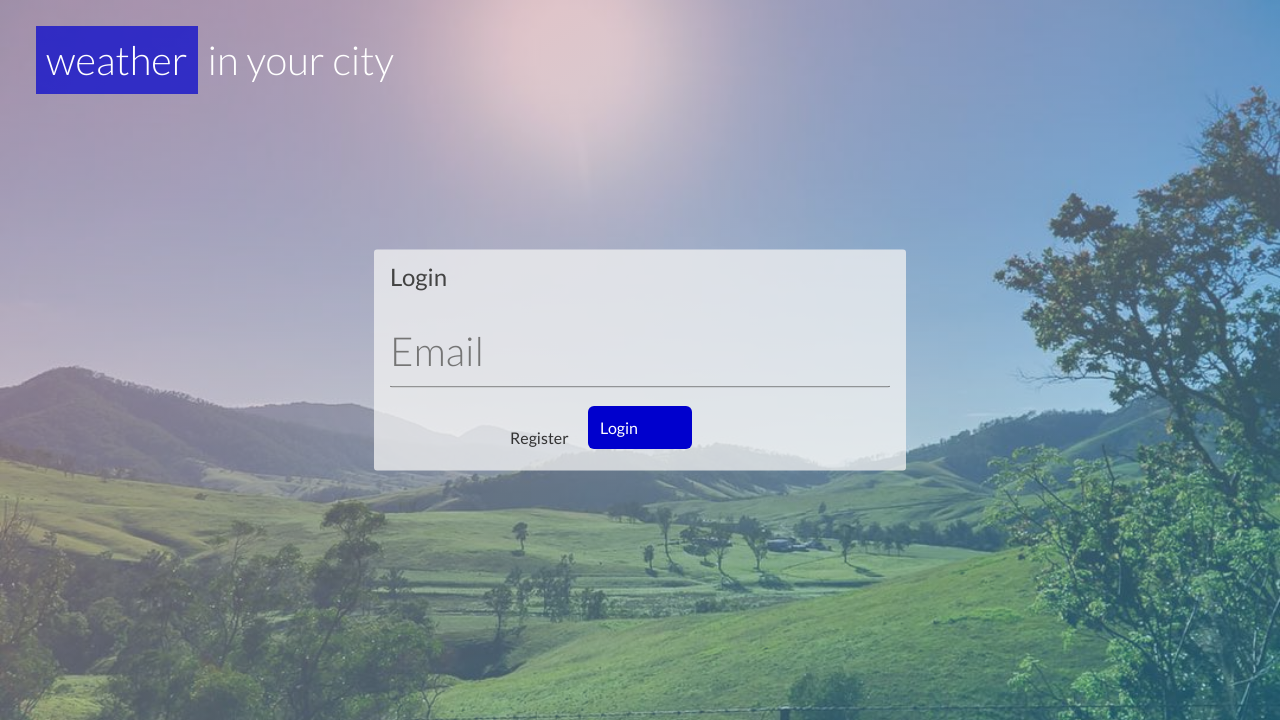
Repository: nosplashurinal/weather-app
Page: /, after clicking the first element matching `button.next`
An editor plug-in stored every save of this project. The page is shown before and after the next save, followed by the edit.
The browser window is 1280 px wide. The pictures show the whole page.
The project was rebuilt for these pictures with package versions that can differ from the ones it lists, and the page was loaded fresh each time. Also part of the build but not shown: src/components/RecentSearches.vue, src/components/Search.vue, src/components/WeatherDataBlock.vue.

Above is the page before, as saved 2018-12-31 14:10:48.

After the next save:
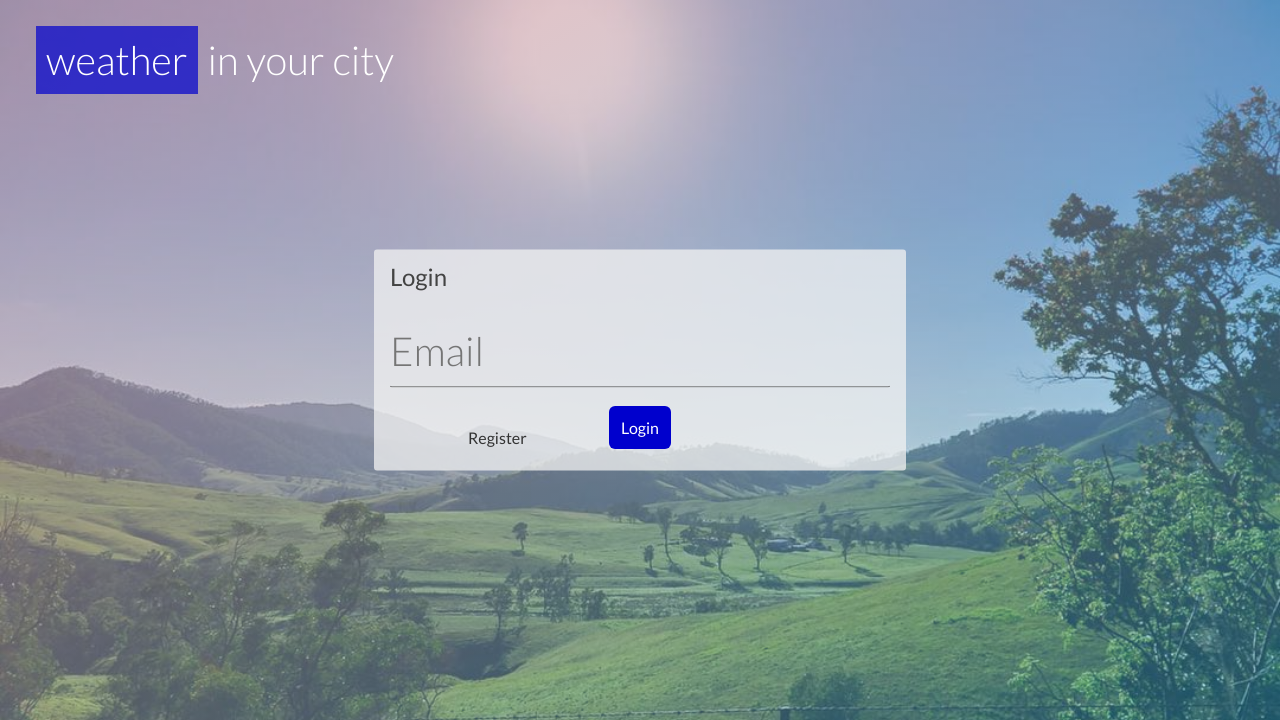
Saved 15 s later.
--- a/src/styles/login.scss
+++ b/src/styles/login.scss
@@ -62,9 +62,10 @@
         color: #fff;
         padding: 0.75em;
         margin: 0;
+        text-align: center;
         border-radius: 6px;
         cursor: pointer;
-        width: 80px;
+        width: auto;
         position: relative;
         flex: none;
       }
